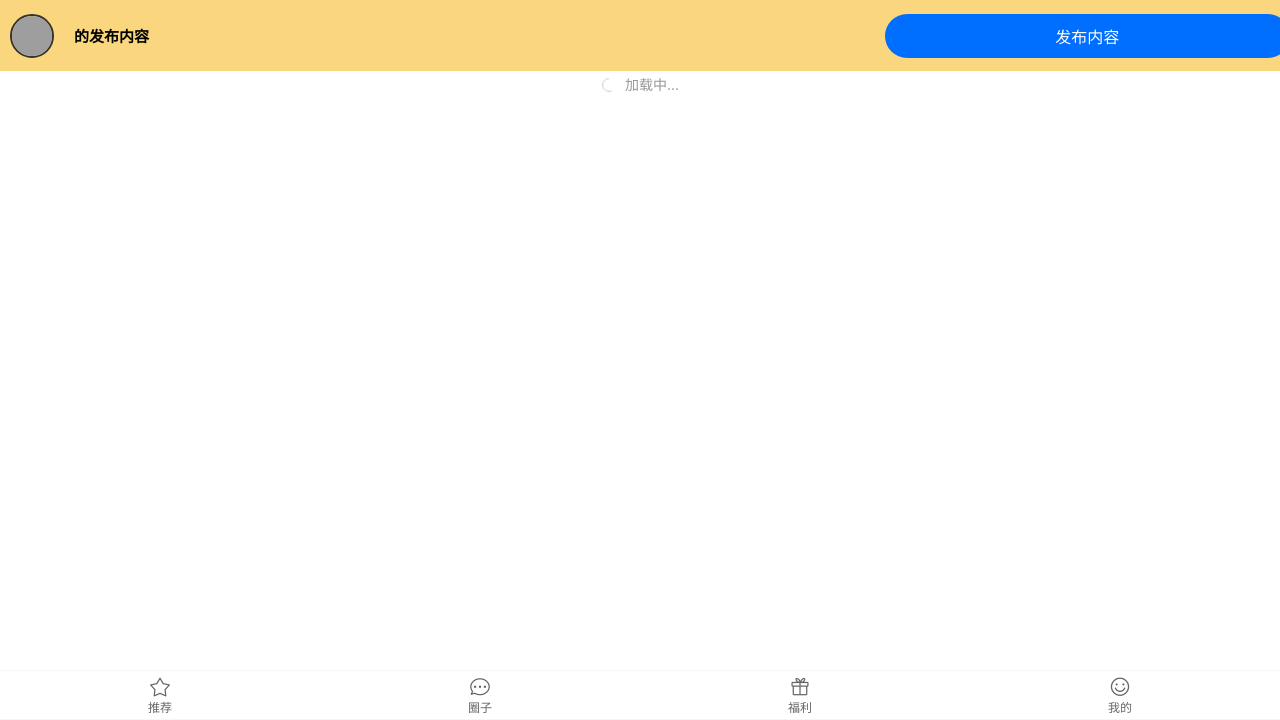
Repository: pbw-langwang/dm
Page: /#/fabu (app in dm_vue/)
The author's editor kept a copy of each file at every save. The page is drawn from the files as they stood at one save, then again after the next save.
The browser window is 1280 px wide. The pictures show the whole page.
The page's requests for data from a server got no answer. The project was rebuilt for these pictures with package versions that can differ from the ones it lists, and the page was loaded fresh each time. No one was signed in, and anything a server would have sent is missing. Also part of the build but not shown: dm_vue/src/components/HelloWorld.vue, dm_vue/src/components/video.vue, dm_vue/src/components/setting.vue, dm_vue/src/components/gift.vue, dm_vue/src/components/Regist.vue, dm_vue/src/components/history.vue, dm_vue/src/components/Search.vue, dm_vue/src/components/SearchList.vue and 2 more.

Above is the page before, as saved 2021-06-22 16:06:13.

After the next save:
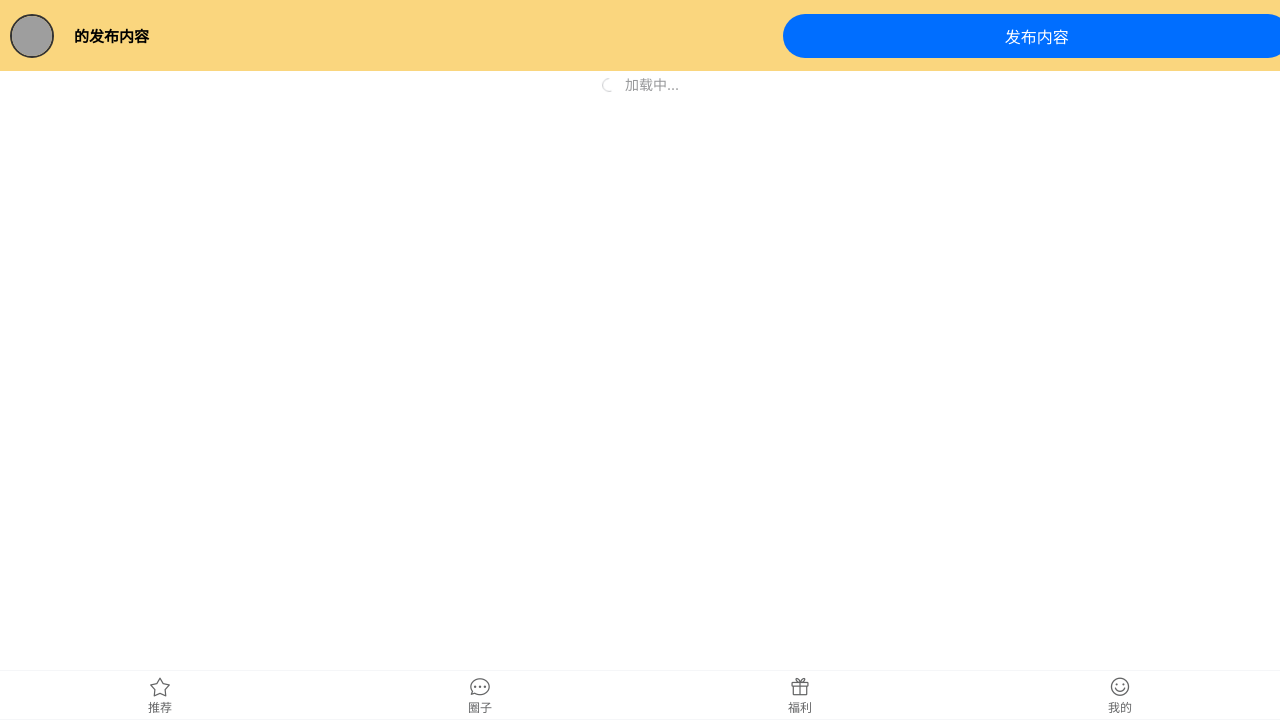
Saved 16 s later.
--- a/dm_vue/src/components/fabu.vue
+++ b/dm_vue/src/components/fabu.vue
@@ -88,13 +88,13 @@ export default {
   border: #333 solid 2px;
 }
 .top .name{
-  flex: 2;
+  flex: 7;
   padding-left: 20px;
   font-size: 15px;
   font-weight: 700;
 }
 .top p:nth-child(3){
-  flex: 1;
+  flex: 5;
   display: inline-block;
   background-color: rgb(0, 110, 255);
   color: white;
